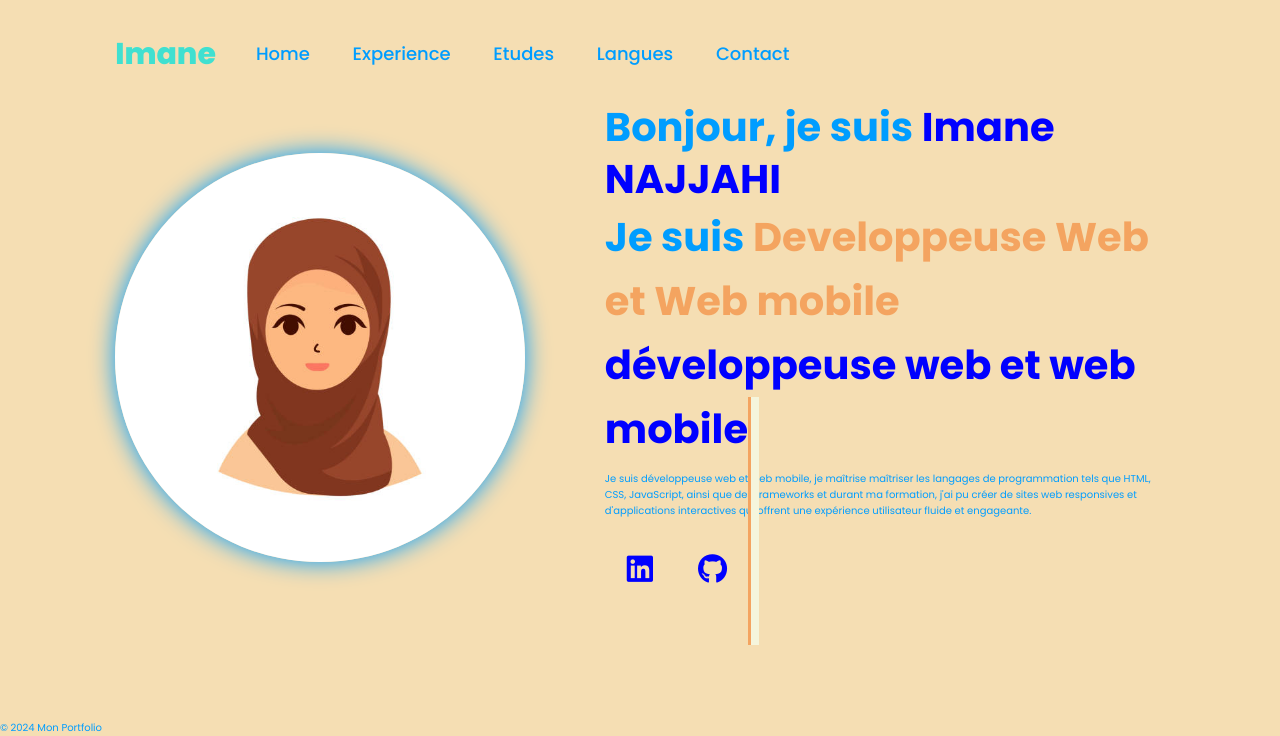
Repository: Najjahi/10mentions_web_back
Page: 02_PHP/portefolio/apropos.html
These files come from the project's save history. The page is drawn as it stood at one moment and after the next save; the edit follows.
The browser window is 1280 px wide. The pictures show the whole page.
Some web fonts or font styles are not loaded; a fallback is used. Some web libraries are served in a nearby version.

Above is the page before, as saved 2024-12-03 10:40:56.

After the next save:
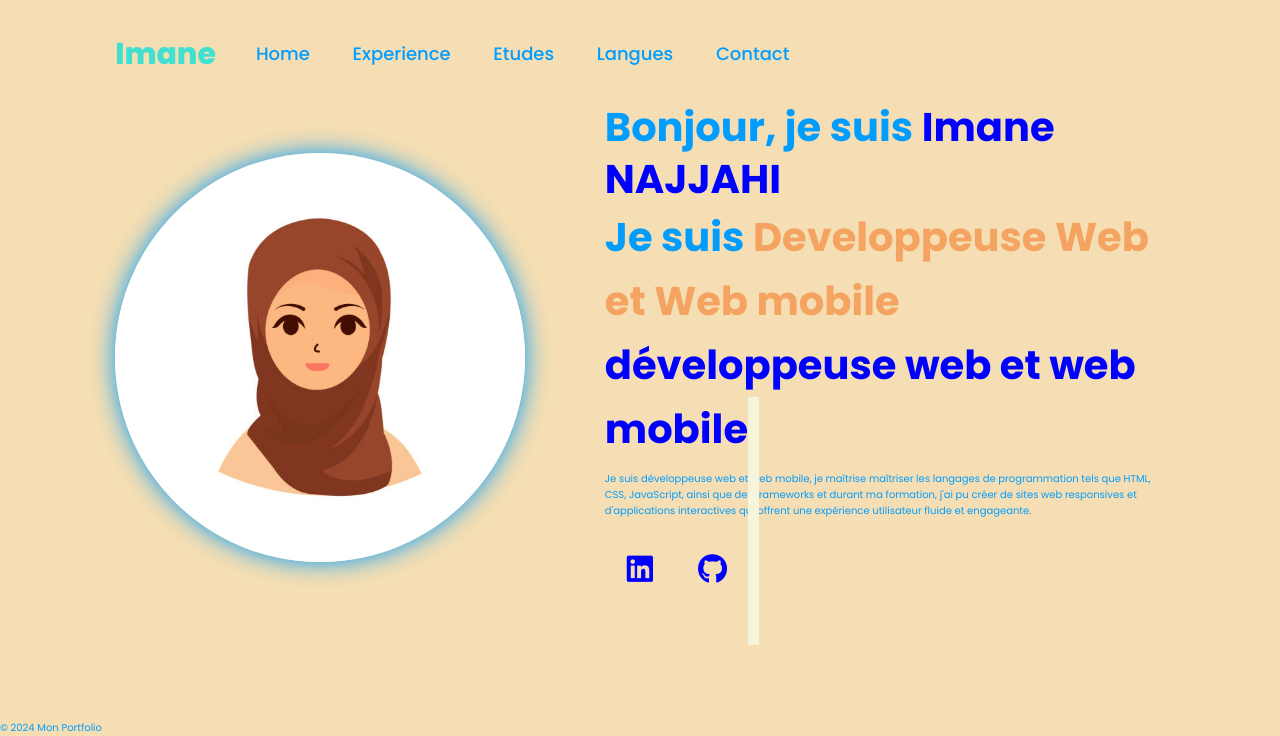
Saved 8 s later.
--- a/02_PHP/portefolio/css/style.css
+++ b/02_PHP/portefolio/css/style.css
@@ -216,7 +216,7 @@ nav a:active{
         position: absolute;
         width: calc(100% + 8px);
         height: 100%;
-        border-left: 3px solid ;
+        border-left: 3px solid beige;
         color: sandybrown;
         animation: words 20s infinite;
     }
